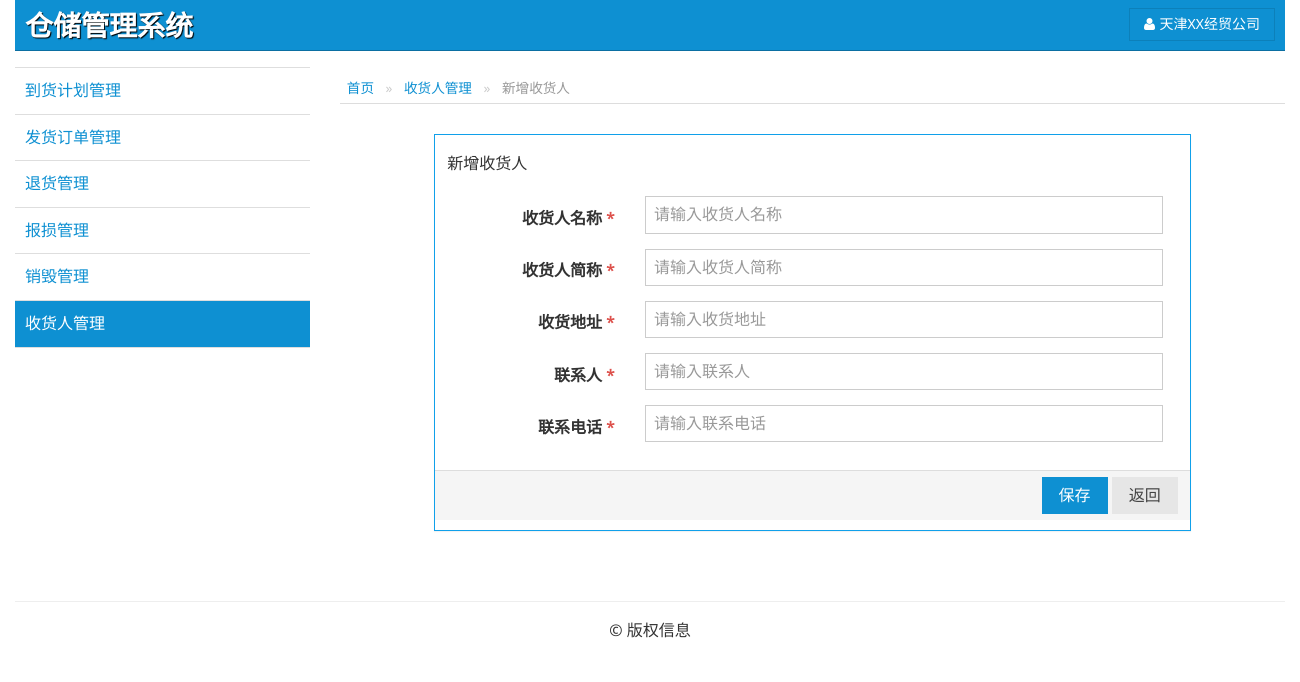
Repository: liuyouth/66
Page: http://localhost/syhz-web/WEB-INF/pages/recipient/add.jsp
An editor plug-in stored every save of this project. The page is shown before and after the next save, followed by the edit.
The browser window is 1280 px wide. The page is 1300 px wide, so the pictures cover 1300 px, including what lies to the right of the window. The pictures show the whole page.
The page is served by Tomcat 9. Nobody is signed in. The template is opened directly, without the code that normally fills it, so the values that code supplies are empty.

Above is the page before, as saved 2016-07-01 07:33:03.

After the next save:
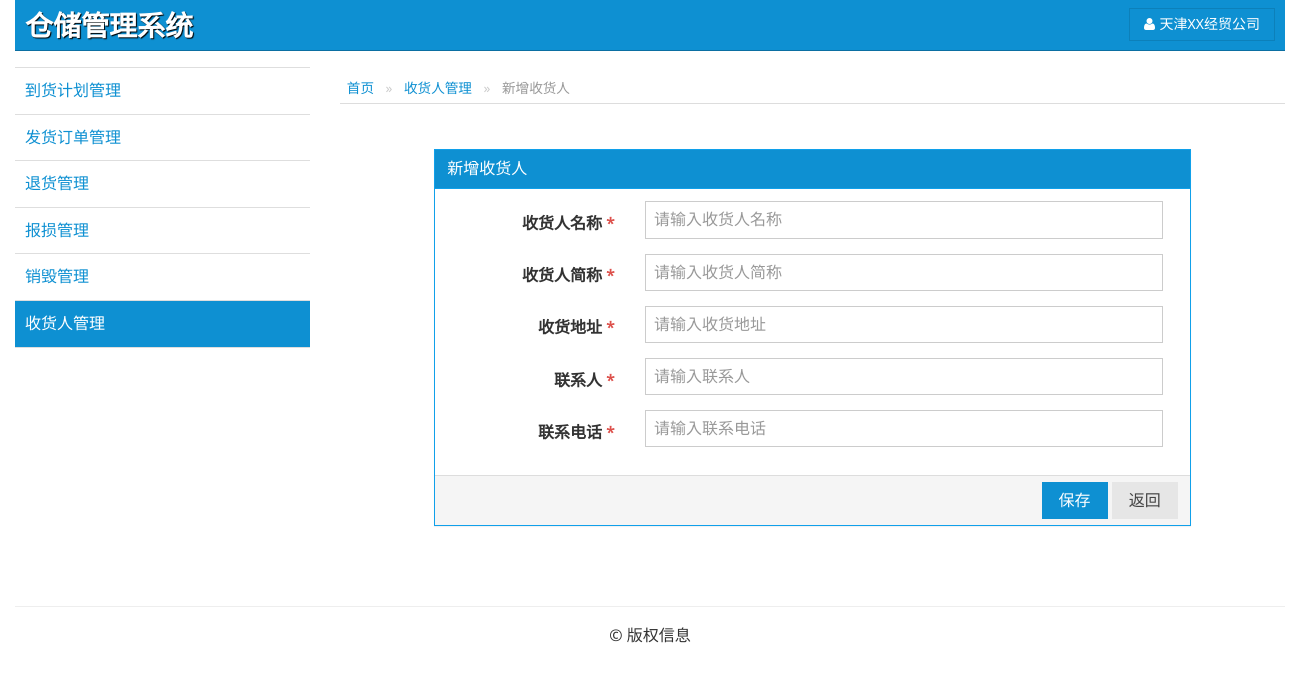
Saved 43 s later.
--- a/syhz-web/WebContent/WEB-INF/pages/recipient/add.jsp
+++ b/syhz-web/WebContent/WEB-INF/pages/recipient/add.jsp
@@ -24,8 +24,8 @@
 			<hr class="wm-hr">
 			<!-- context start -->
 			<div class="am-u-sm-10 am-u-sm-centered">
+					<form id="addForm" class="am-form wm-form am-form-horizontal" >
 				<div class="am-panel am-panel-primary wm-panel">
-					<form id="addForm" class="am-form wm-form am-form-horizontal" >
 						<div class="am-panel-hd">新增收货人</div>
 						<div class="am-panel-bd">
 							<div class="am-form-group">
